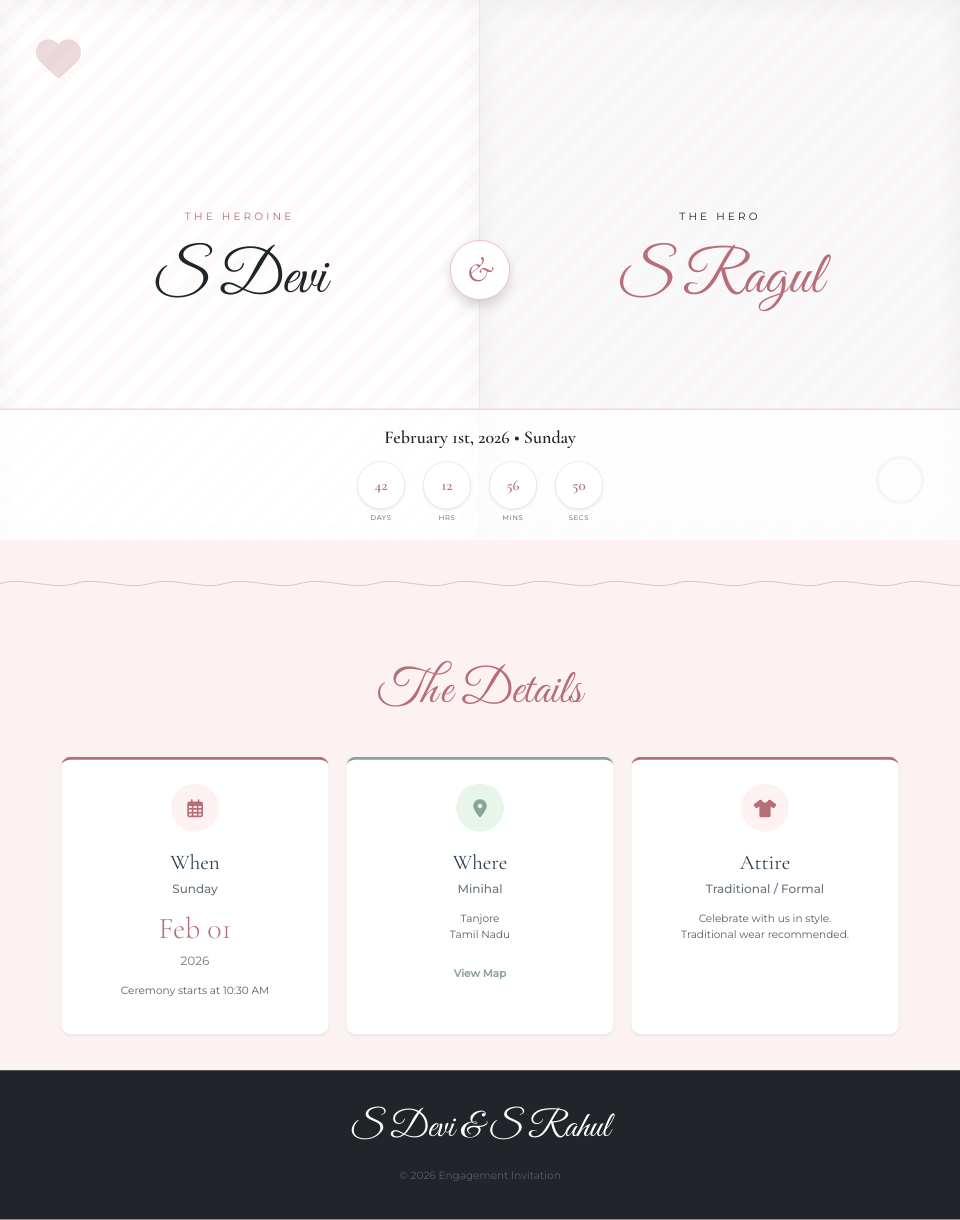
Repository: Eswar2585/Invitation
Page: index.html
These files come from the project's save history. The page is drawn as it stood at one moment and after the next save; the edit follows.
The browser window is 1280 px wide. The pictures show the whole page, at 75% of full size.

Above is the page before, as saved 2025-12-20 20:11:53.

After the next save:
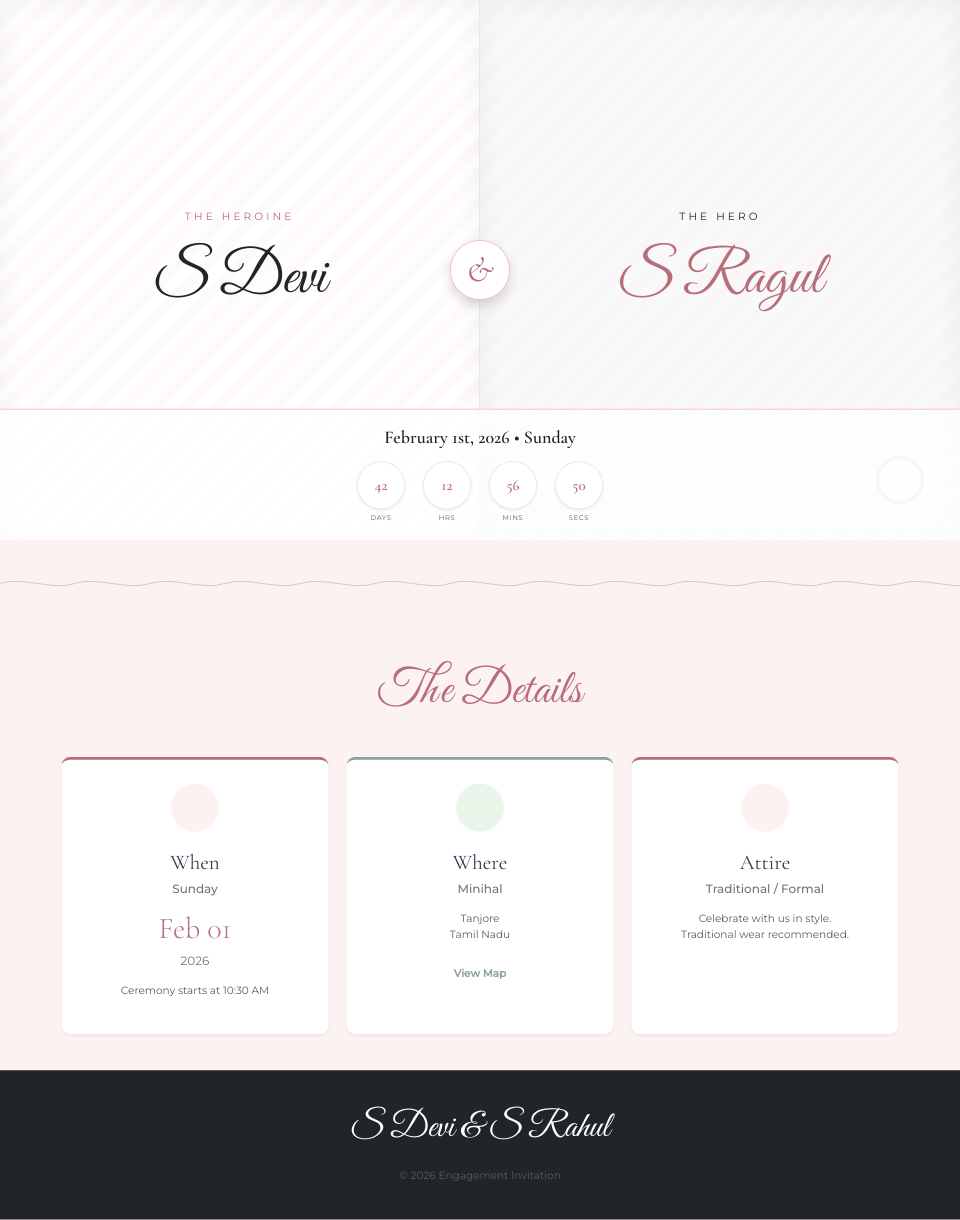
Saved 55 s later.
--- a/index.html
+++ b/index.html
@@ -9,7 +9,7 @@
     <link href="https://cdn.jsdelivr.net/npm/bootstrap@5.3.0/dist/css/bootstrap.min.css" rel="stylesheet">
 
     <!-- Font Awesome (for Icons) -->
-    <link href="https://cdnjs.cloudflare.com/ajax/libs/font-awesome/6.0.0/css/all.min.css" rel="stylesheet">
+
 
     <!-- Google Fonts -->
     <link rel="preconnect" href="https://fonts.googleapis.com">

After the 5 saves that followed:
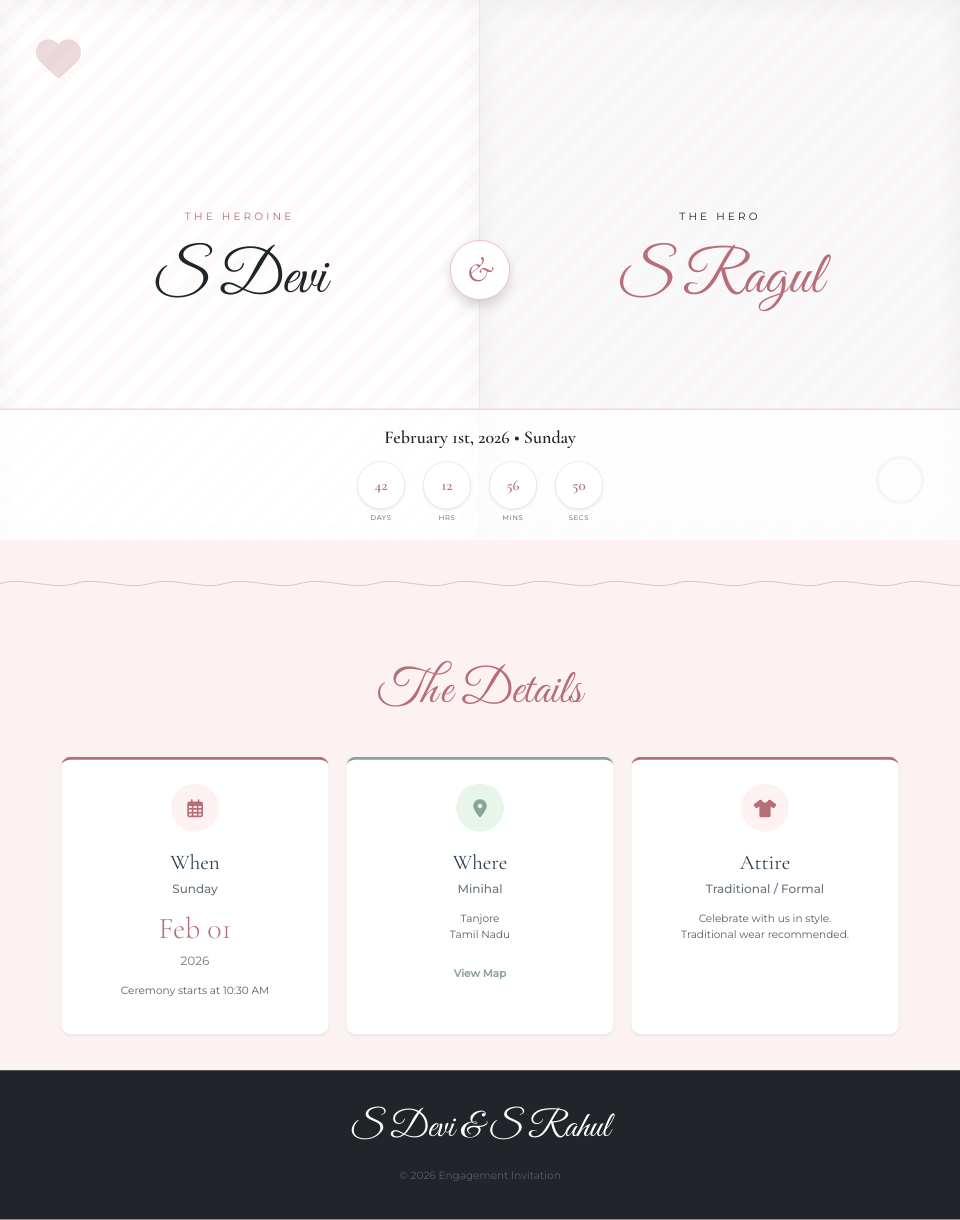
The 5 saves are shown as one change because 3 left the picture as it was and some came seconds apart.
The last was saved 93 s later.
--- a/index.html
+++ b/index.html
@@ -9,7 +9,7 @@
     <link href="https://cdn.jsdelivr.net/npm/bootstrap@5.3.0/dist/css/bootstrap.min.css" rel="stylesheet">
 
     <!-- Font Awesome (for Icons) -->
-
+    <link href="https://cdnjs.cloudflare.com/ajax/libs/font-awesome/6.0.0/css/all.min.css" rel="stylesheet">
 
     <!-- Google Fonts -->
     <link rel="preconnect" href="https://fonts.googleapis.com">
